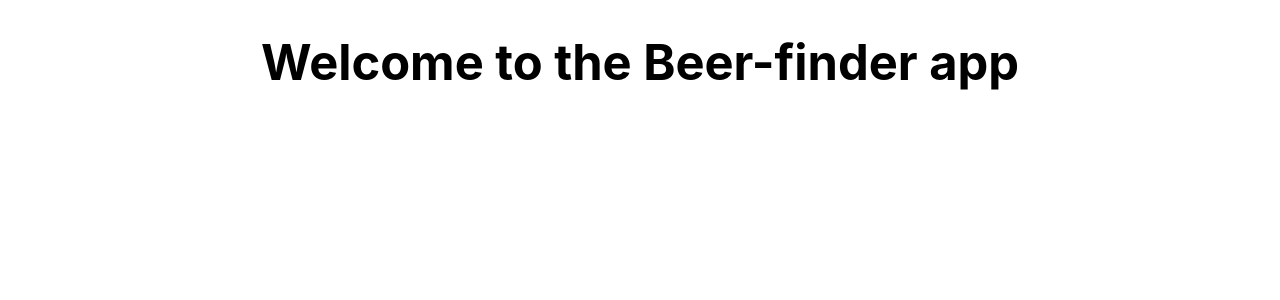
Repository: marcinszymaszek/beer-finder
Page: /
The author's editor kept a copy of each file at every save. The page is drawn from the files as they stood at one save, then again after the next save.
The browser window is 1280 px wide. The pictures show the whole page.
The project was rebuilt for these pictures with package versions that can differ from the ones it lists, and the page was loaded fresh each time.

Above is the page before, as saved 2020-05-10 20:03:09.

After the next save:
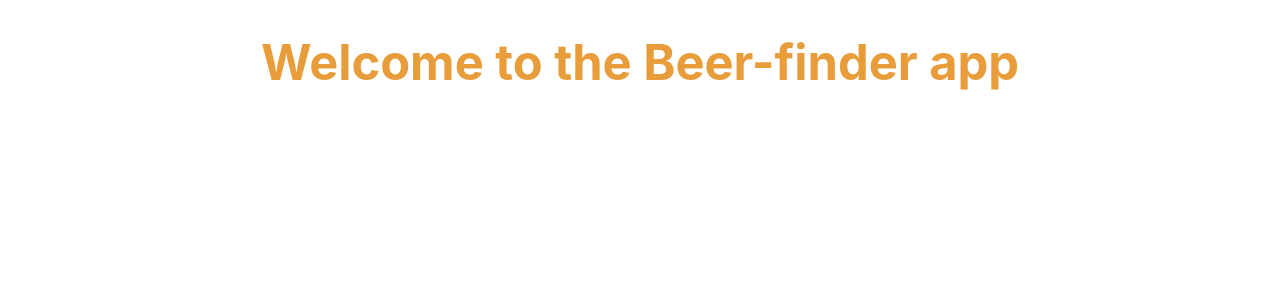
Saved 32 s later.
--- a/src/components/main/App.css
+++ b/src/components/main/App.css
@@ -4,4 +4,5 @@
   display: flex;
   flex-direction: column;
   font-size: calc(10px + 2vmin);
+  color: rgb(233, 157, 58);
 }
